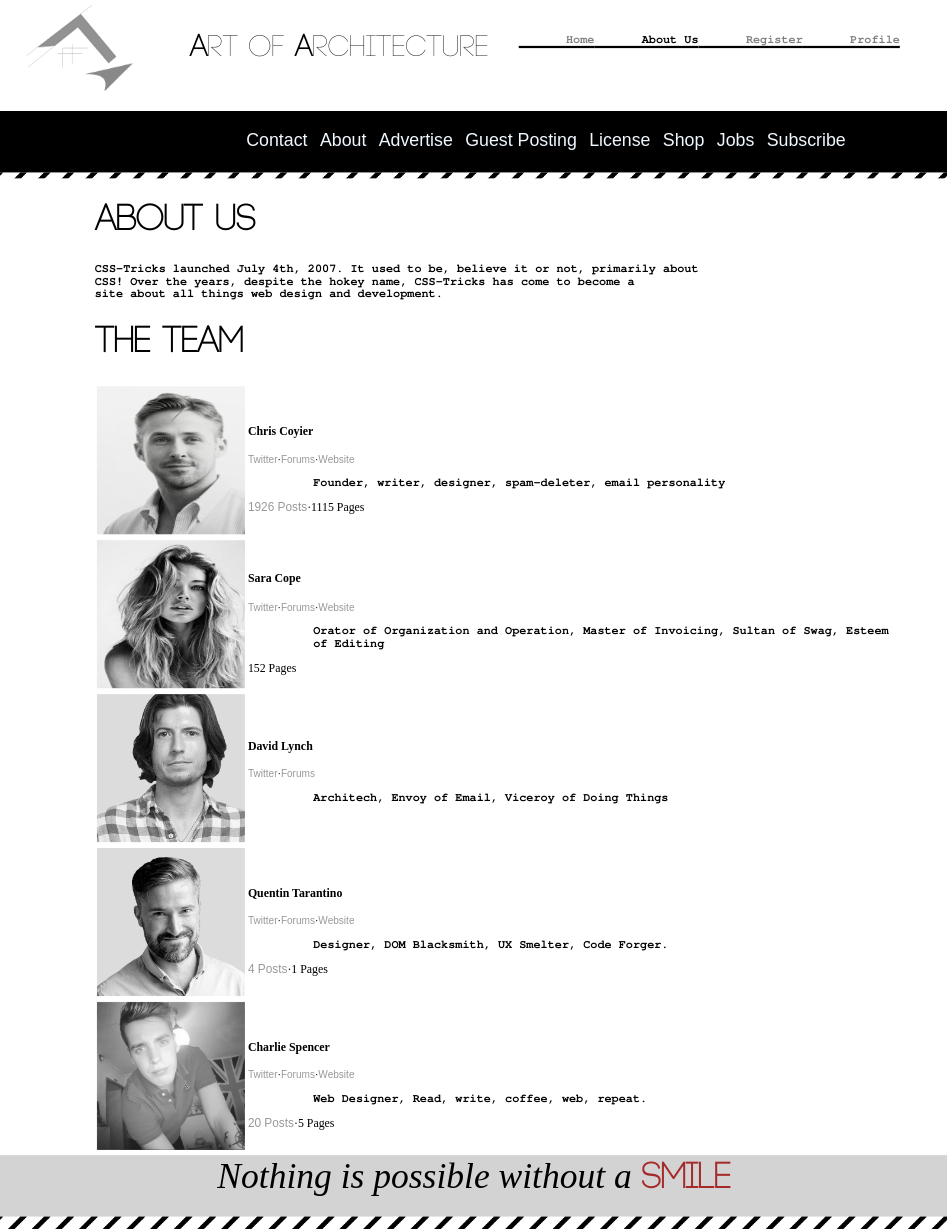
Repository: jcfuentes102/AltaNavidad
Page: docs/about.html
The author's editor kept a record of every edit. The page is drawn from the files as they stood at one moment, then again after the next edit.
The browser window is 1280 px wide. The pictures show the whole page, at 74% of full size.

Above is the page before.

After the next edit:
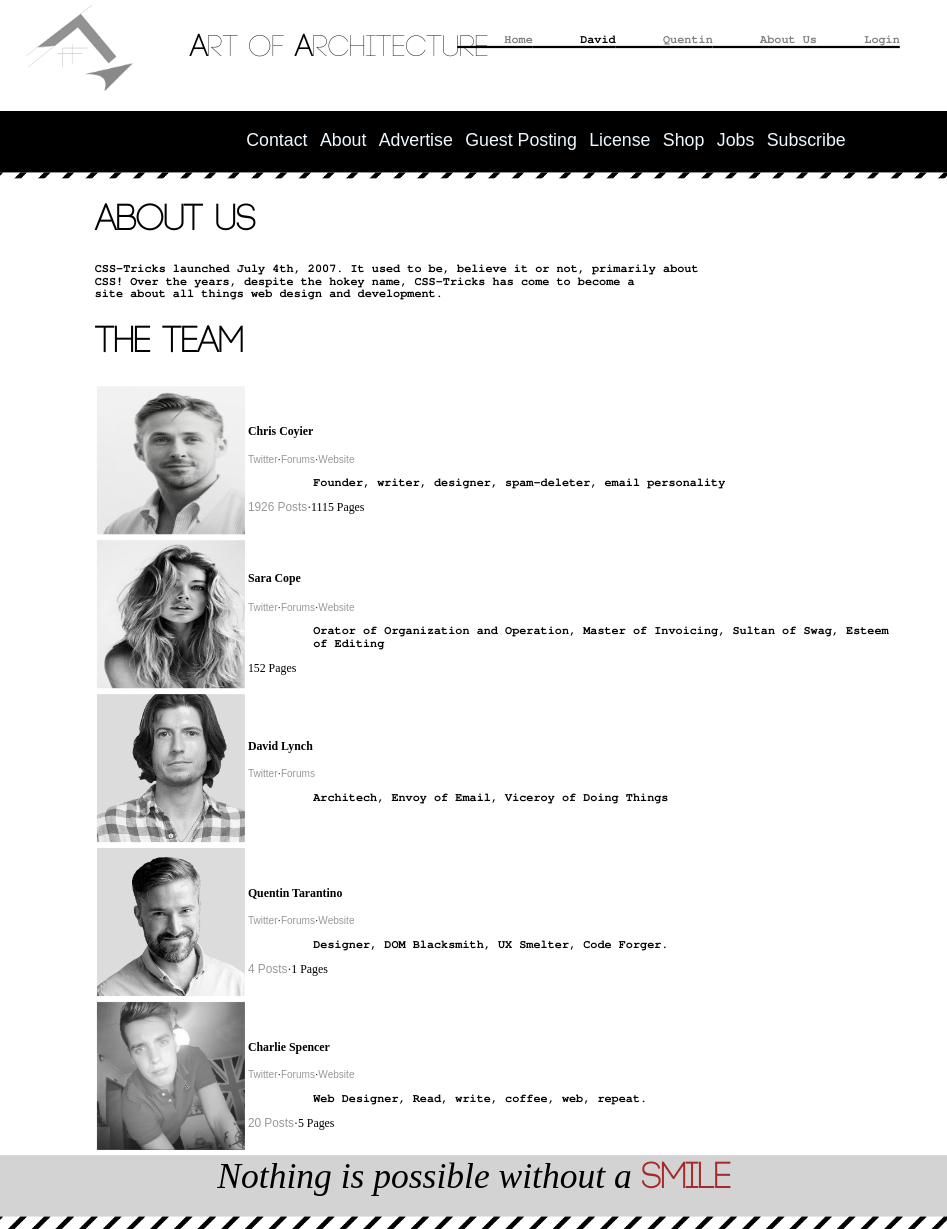
The edit:
--- a/docs/about.html
+++ b/docs/about.html
@@ -7,8 +7,15 @@
     </head>
     <body>
         <div id="cont">
-            <div id="header"><span class="title"><b>A</b>rt of <b>A</b>rchitecture</span><span class="enlaces"><a href="activado">Profile</a><a href="activado.html">Register</a><a href="about.html"><b class="selected">About Us</b></a><a href="../index.html">Home</a></span></div>
-
+        <div id="header"><span class="title"><b>A</b>rt of <b>A</b>rchitecture</span>
+            <span class="enlaces">
+                <a href="../index.php">Login</a>
+                <a href="about.html">About Us</a>
+                <a href="quentin.html">Quentin</a>
+                <a href="david.html"><b class="selected">David</b></a>
+                <a href="../index.html">Home</a>
+            </span>
+        </div>
             <div id="main">
                 <div id="groupimg">
                     <div id="footer">
